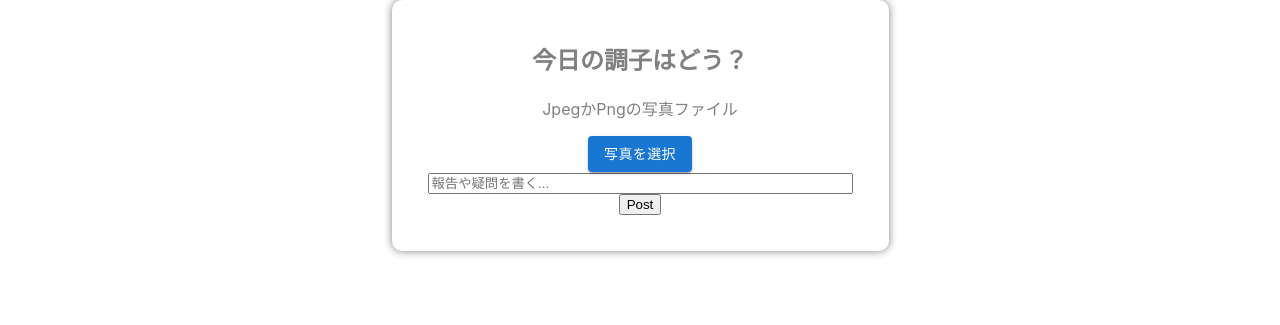
Repository: Seiya00002/seeds_surfers_react_sns
Page: /
An editor plug-in stored every save of this project. The page is shown before and after the next save, followed by the edit.
The browser window is 1280 px wide. The pictures show the whole page.
The page's requests for data from a server got no answer. The project was rebuilt for these pictures with package versions that can differ from the ones it lists, and the page was loaded fresh each time. No one was signed in, and anything a server would have sent is missing. Also part of the build but not shown: src/Post.css, src/Post.tsx.

Above is the page before, as saved 2023-08-03 07:25:14.

After the next save:
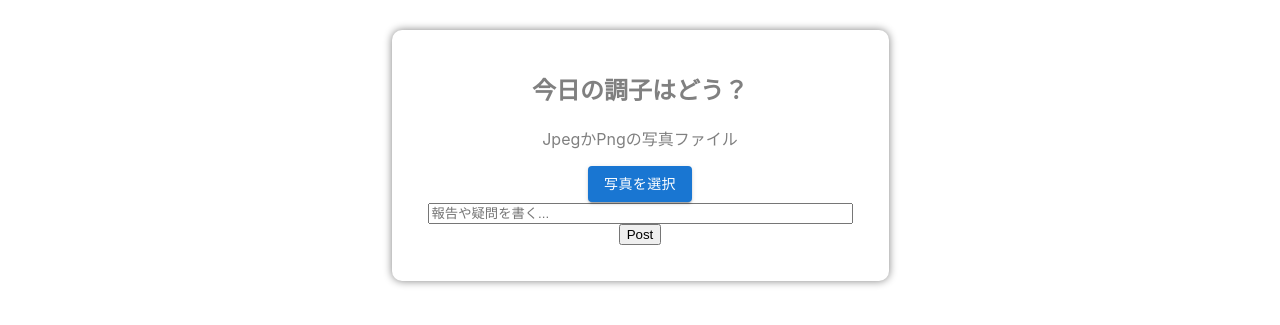
Saved 4 min 0 s later.
--- a/src/PostUploader.css
+++ b/src/PostUploader.css
@@ -1,4 +1,5 @@
 .outerBox {
+    margin: 30px 0;
     display: flex;
     flex-direction: column;
     align-items: center;
